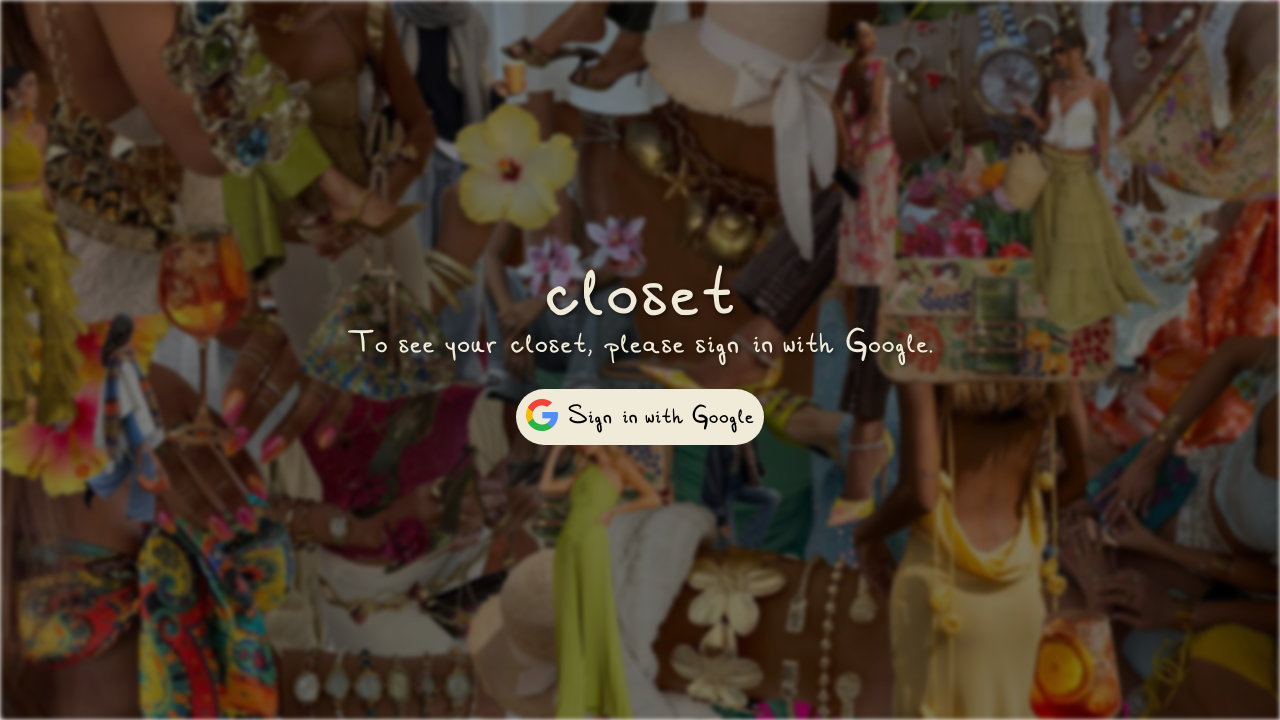
Repository: karla-sikavica/theCloset
Page: / (app in frontend/)
The author's editor kept a copy of each file at every save. The page is drawn from the files as they stood at one save, then again after the next save.
The browser window is 1280 px wide. The pictures show the whole page.
The project was rebuilt for these pictures with package versions that can differ from the ones it lists, and the page was loaded fresh each time. Also part of the build but not shown: frontend/vite.config.ts.

Above is the page before, as saved 2025-04-10 16:41:29.

After the next save:
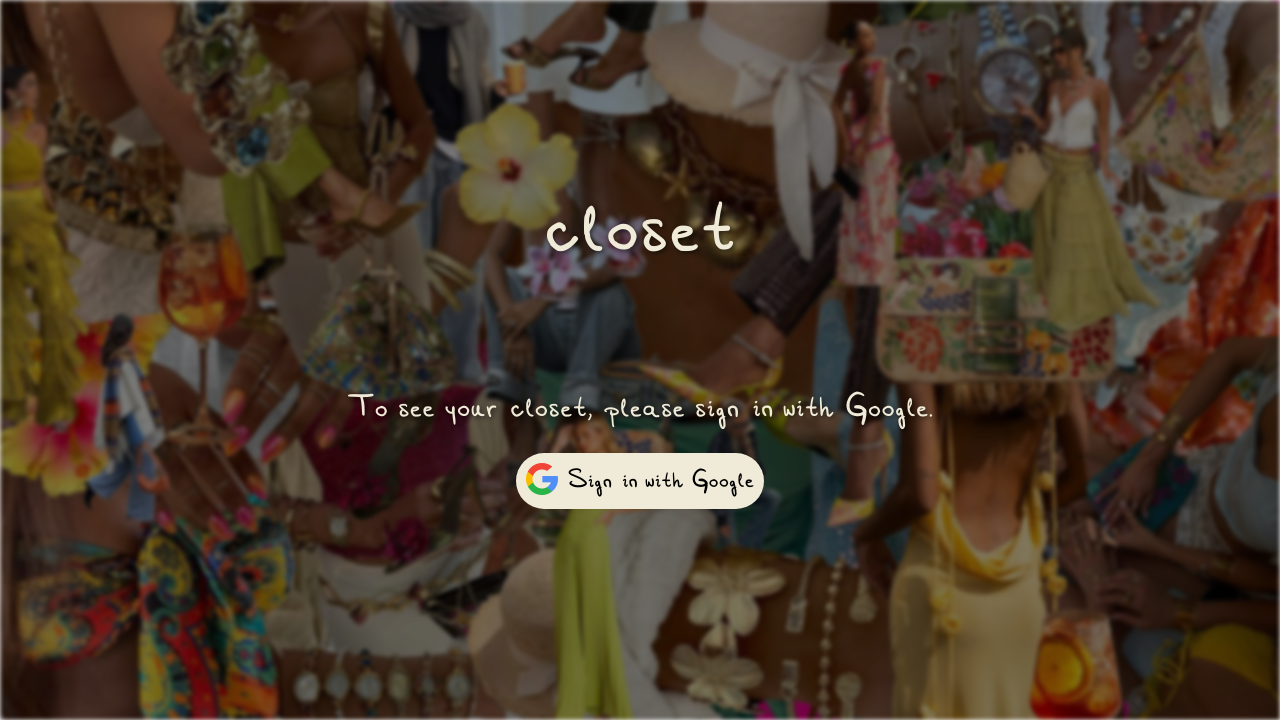
Saved 46 s later.
--- a/frontend/src/pages/css/Login.module.css
+++ b/frontend/src/pages/css/Login.module.css
@@ -12,7 +12,7 @@
   /* Main title styling */
   .loginTitle {
     font-size: 150px;
-    margin: 0;
+    margin-bottom: 10%;
     font-weight: bold;
     font-family: 'Kalla', sans-serif;
   }
